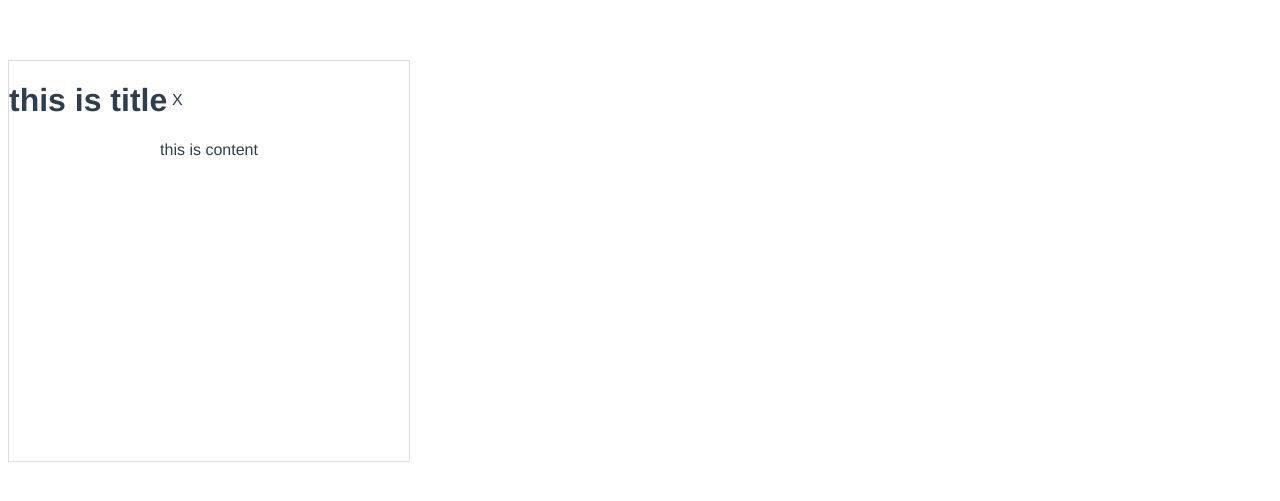
Repository: iulucky6/yf_messageBox
Page: /
The author's editor kept a copy of each file at every save. The page is drawn from the files as they stood at one save, then again after the next save.
The browser window is 1280 px wide. The pictures show the whole page.
The project was rebuilt for these pictures with package versions that can differ from the ones it lists, and the page was loaded fresh each time. Also part of the build but not shown: src/components/HelloWorld.vue.

Above is the page before, as saved 2023-09-14 10:48:40.

### index.html
<!DOCTYPE html>
<html>
  <head>
    <meta charset="utf-8">
    <meta name="viewport" content="width=device-width,initial-scale=1.0">
    <title>v</title>
  </head>
  <body>
    <div id="app"></div>
    <!-- built files will be auto injected -->
  </body>
</html>

### src/main.js
// The Vue build version to load with the `import` command
// (runtime-only or standalone) has been set in webpack.base.conf with an alias.
import Vue from 'vue'
import App from './App'
// 引入配置文件
import router from './router'

Vue.config.productionTip = false

/* eslint-disable no-new */
new Vue({
  el: '#app',
  //注入
  router,
  components: { App },
  template: '<App/>'
})

### src/App.vue
<template>
  <div id="app">
    <!-- 决定路由组件配置，匹配到的组件会在这里渲染 -->
    <!-- <router-view/> -->
    <MessageBox></MessageBox>
  </div>
</template>

<script>
import { MessageBox } from "./components";
console.log(MessageBox,"MessageBox");

export default {
  name: "App",
  components:{
    MessageBox
  }
};
</script>

<style>
#app {
  font-family: "Avenir", Helvetica, Arial, sans-serif;
  -webkit-font-smoothing: antialiased;
  -moz-osx-font-smoothing: grayscale;
  text-align: center;
  color: #2c3e50;
  margin-top: 60px;
}
</style>

### src/router/index.js
// 1、引入路由
import Vue from 'vue'
import Router from 'vue-router'

// 2、启用路由
Vue.use(Router)

// 3、创建并导出路由
export default new Router({
  mode:'hash',
  routes: [
    {
      path: '/',
      name: 'HelloWorld',
      component: () => import("@/components/HelloWorld.vue")
    },
    {
      path:'/about',
      name:'About',
      component:()=>import("@/components/About.vue")
    }
  ]
})

### src/components/index.js
import MessageBox from "./MessageBox";

export {
    MessageBox
}

### src/components/MessageBox/index.js
import MessageBox from './index.vue'

export default MessageBox;

### src/components/MessageBox/index.vue
<template>
  <div :class="['boxStyle',type]">
    <div class="inner">
      <header class="header">
         <h1 class="title">{{title}}</h1>
         <span class="close">X</span>
      </header>

      <div class="content">{{content}}</div>

    </div>
  </div>
</template>

<script>
export default {
  name: "MessageBox",
  props:{
    title:{
      type:String,
      default:'this is title'
    },
    content:{
      type:String,
      default:'this is content'
    },
    type:{
      type:String,
      default:'primary',
      //vue语法，校验传入参数合法性，返回true/false，返回false则警告
      validator (value){
        [
          'primary',
          'success',
          'warn',
          'danger'
        ].includes(value);
      }
    }
  }
};
</script>

<style>
.boxStyle {
  border: 1px solid gainsboro;
  width: 400px;
  height: 400px;
}
.header{
  display: flex;
  width: 100%;
  align-items: center;
}
.close{
  width: 20px;
  height: 20px;
  display: inline-block;
}
</style>

After the next save:
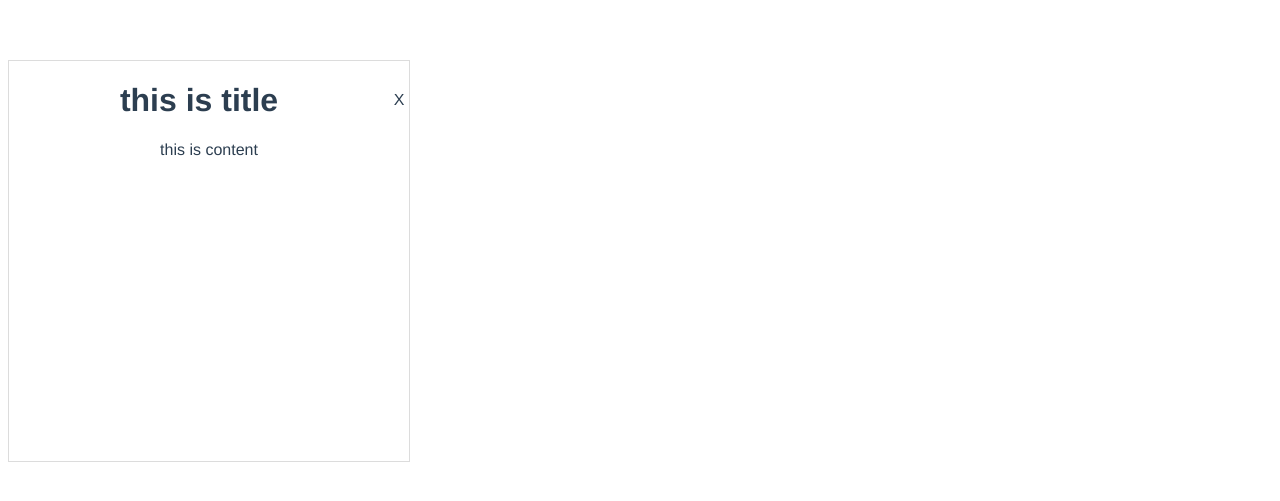
Saved 19 s later.
--- a/src/components/MessageBox/index.vue
+++ b/src/components/MessageBox/index.vue
@@ -52,6 +52,9 @@ export default {
   width: 100%;
   align-items: center;
 }
+h1{
+  flex: 1;
+}
 .close{
   width: 20px;
   height: 20px;
